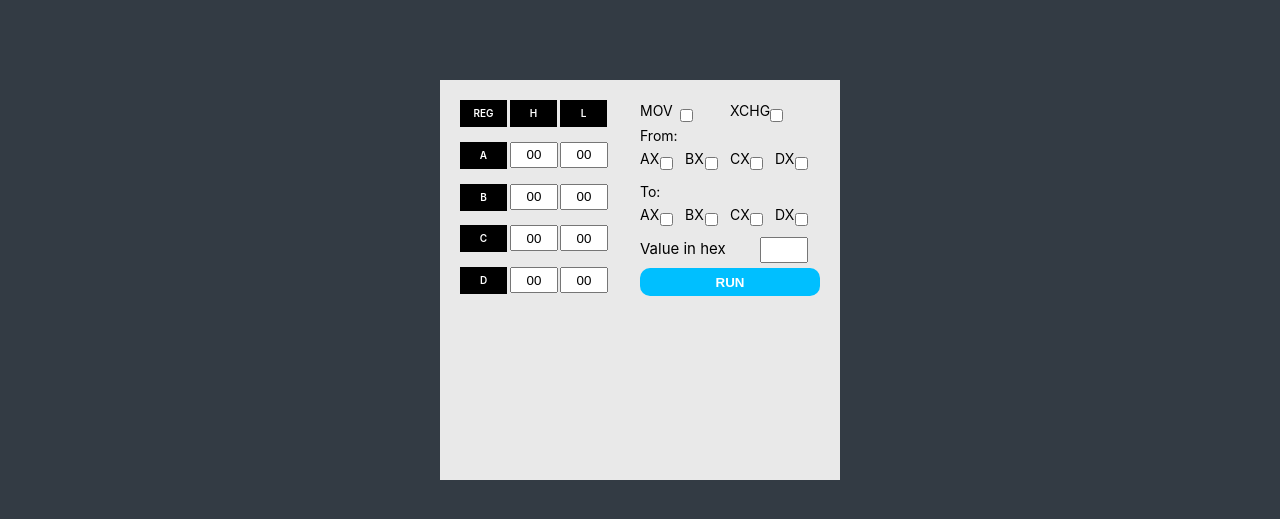
Repository: piookr-wsei/8086
Page: /
The author's editor kept a copy of each file at every save. The page is drawn from the files as they stood at one save, then again after the next save.
The browser window is 1280 px wide. The pictures show the whole page.
The project was rebuilt for these pictures with package versions that can differ from the ones it lists, and the page was loaded fresh each time.

Above is the page before, as saved 2022-06-19 00:07:39.

After the next save:
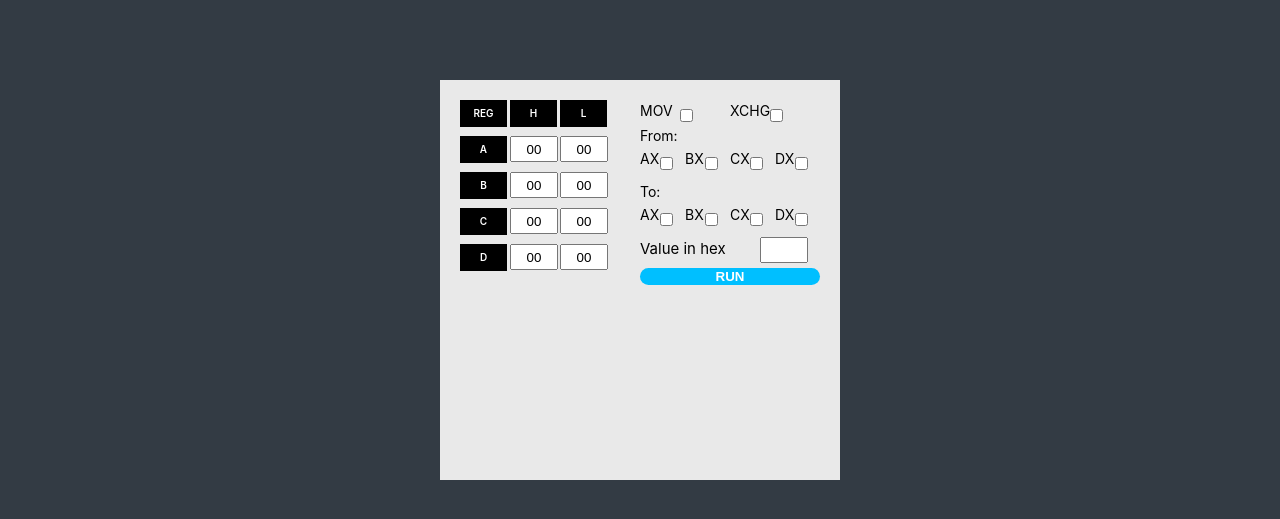
Saved 114 s later.
--- a/src/Components/Components.elements.js
+++ b/src/Components/Components.elements.js
@@ -13,7 +13,7 @@ export const UiWrapper = styled.div`
     border: 20px solid transparent;
     display: grid;
     grid-template-columns: 1fr 1fr;
-
+    grid-template-rows: 180px 209px;
 `
 
 export const RegWrapper = styled.div`
